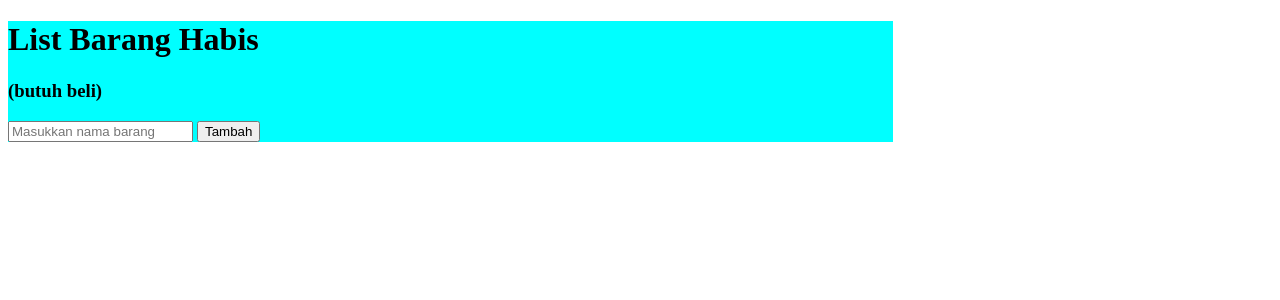
Repository: amorysdeo/dirumah
Page: index.html
These files come from the project's save history. The page is drawn as it stood at one moment and after the next save; the edit follows.
The browser window is 1280 px wide. The pictures show the whole page.

Above is the page before, as saved 2025-11-27 11:45:10.

### index.html
<!DOCTYPE html>
<html lang="en">
<head>
    <meta charset="UTF-8">
    <meta name="viewport" content="width=device-width, initial-scale=1.0">
    <link rel="stylesheet" href="css.css">
    <linkhref="https://cdn.jsdelivr.net/npm/bootstrap@5.3.3/dist/css/bootstrap.min.css" rel="stylesheet">

    <title>Belanja</title>
</head>
<body>
    <div id="main-box">
        <div id="title">
            <h1>List Barang Habis</h1>
            <h3>(butuh beli)</h3>
        </div>
        <div id="inputan">
            <input type="text" id="barang" name="barang" placeholder="Masukkan nama barang">
            <button>Tambah</button>
        </div>
    </div>


</body>
</html>

### css.css
#main-box{
    background-color: aqua;
    justify-content: center;
    align-items: center;
    width: 70%;
}

After the next save:
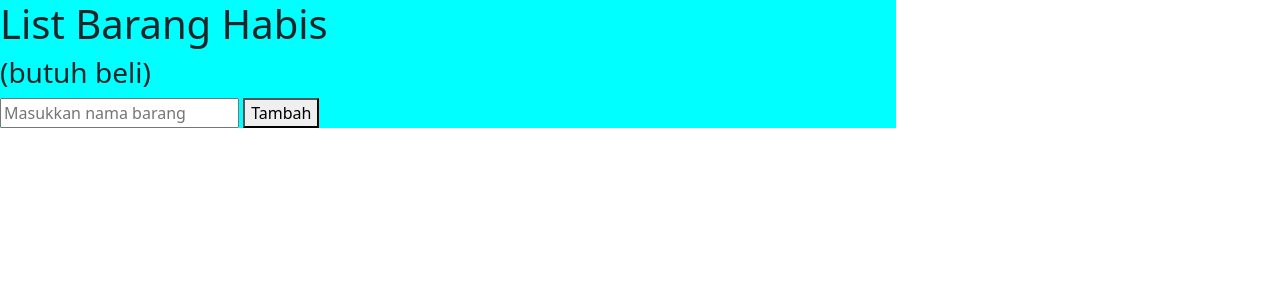
Saved 4 s later.
--- a/index.html
+++ b/index.html
@@ -4,7 +4,7 @@
     <meta charset="UTF-8">
     <meta name="viewport" content="width=device-width, initial-scale=1.0">
     <link rel="stylesheet" href="css.css">
-    <linkhref="https://cdn.jsdelivr.net/npm/bootstrap@5.3.3/dist/css/bootstrap.min.css" rel="stylesheet">
+    <link href="https://cdn.jsdelivr.net/npm/bootstrap@5.3.3/dist/css/bootstrap.min.css" rel="stylesheet">
 
     <title>Belanja</title>
 </head>
